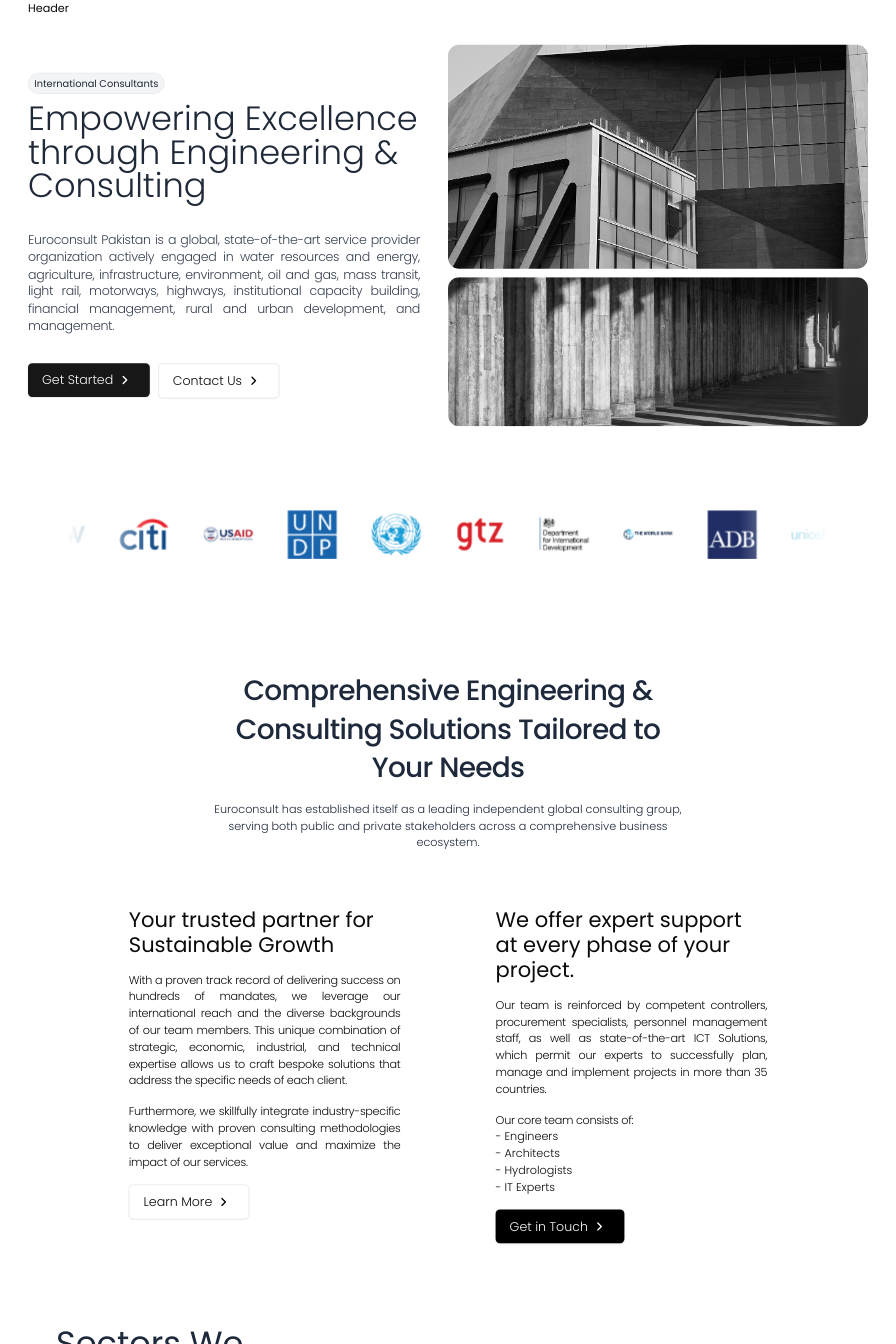
Repository: EMDC-24/ecglobalwebsite19
Page: /
An editor plug-in stored every save of this project. The page is shown before and after the next save, followed by the edit.
The browser window is 1280 px wide. The pictures show the part of the page from y = 0 to 1920 px (the page is 4784 px tall), at 70% of full size.
The project was rebuilt for these pictures with package versions that can differ from the ones it lists, and the page was loaded fresh each time. The framework's server and built-in components were replaced by stand-ins that run in the browser. Also part of the build but not shown: next.config.mjs.

Above is the page before, as saved 2024-09-17 23:21:26.

### app/page.tsx
import Image from "next/image";
import Hero from "./Hero";
import ClientCarousel from "./ClientCarousel";
import { ServicesTabs } from "./ServicesTabs";
import SerTabs from "./SerTabs";
import AboutSection from "./AboutSection";
import RecentProjects from "./RecentProjects";
import PraiseSection from "./PraiseSection";
import Footer from "./Footer";
import Header from "./Header";


export default function Home() {
  return (
    <>
    <Header />
    <Hero />
    <ClientCarousel />
    <AboutSection />
    <SerTabs />
    <RecentProjects />
    <PraiseSection />
    <Footer />
    </>
  );
}

### app/globals.css
@tailwind base;
@tailwind components;
@tailwind utilities;

@layer base {
  :root {
    --background: 0 0% 100%;
    --foreground: 0 0% 3.9%;
    --card: 0 0% 100%;
    --card-foreground: 0 0% 3.9%;
    --popover: 0 0% 100%;
    --popover-foreground: 0 0% 3.9%;
    --primary: 0 0% 9%;
    --primary-foreground: 0 0% 98%;
    --secondary: 0 0% 96.1%;
    --secondary-foreground: 0 0% 9%;
    --muted: 0 0% 96.1%;
    --muted-foreground: 0 0% 45.1%;
    --accent: 0 0% 96.1%;
    --accent-foreground: 0 0% 9%;
    --destructive: 0 84.2% 60.2%;
    --destructive-foreground: 0 0% 98%;
    --border: 0 0% 89.8%;
    --input: 0 0% 89.8%;
    --ring: 0 0% 3.9%;
    --chart-1: 12 76% 61%;
    --chart-2: 173 58% 39%;
    --chart-3: 197 37% 24%;
    --chart-4: 43 74% 66%;
    --chart-5: 27 87% 67%;
    --radius: 0.5rem;
  }
  .dark {
    --background: 0 0% 3.9%;
    --foreground: 0 0% 98%;
    --card: 0 0% 3.9%;
    --card-foreground: 0 0% 98%;
    --popover: 0 0% 3.9%;
    --popover-foreground: 0 0% 98%;
    --primary: 0 0% 98%;
    --primary-foreground: 0 0% 9%;
    --secondary: 0 0% 14.9%;
    --secondary-foreground: 0 0% 98%;
    --muted: 0 0% 14.9%;
    --muted-foreground: 0 0% 63.9%;
    --accent: 0 0% 14.9%;
    --accent-foreground: 0 0% 98%;
    --destructive: 0 62.8% 30.6%;
    --destructive-foreground: 0 0% 98%;
    --border: 0 0% 14.9%;
    --input: 0 0% 14.9%;
    --ring: 0 0% 83.1%;
    --chart-1: 220 70% 50%;
    --chart-2: 160 60% 45%;
    --chart-3: 30 80% 55%;
    --chart-4: 280 65% 60%;
    --chart-5: 340 75% 55%;
  }
}

@font-face {
  font-family: 'Poppins';
  src: url('/fonts/Poppins-Black.ttf') format('truetype');
  font-weight: 900;
  font-style: normal;
}

@font-face {
  font-family: 'Poppins';
  src: url('/fonts/Poppins-BlackItalic.ttf') format('truetype');
  font-weight: 900;
  font-style: italic;
}

@font-face {
  font-family: 'Poppins';
  src: url('/fonts/Poppins-Bold.ttf') format('truetype');
  font-weight: 700;
  font-style: normal;
}

@font-face {
  font-family: 'Poppins';
  src: url('/fonts/Poppins-BoldItalic.ttf') format('truetype');
  font-weight: 700;
  font-style: italic;
}

@font-face {
  font-family: 'Poppins';
  src: url('/fonts/Poppins-Regular.ttf') format('truetype');
  font-weight: 400;
  font-style: normal;
}

@font-face {
  font-family: 'Poppins';
  src: url('/fonts/Poppins-Italic.ttf') format('truetype');
  font-weight: 400;
  font-style: italic;
}

@font-face {
  font-family: 'Poppins';
  src: url('/fonts/Poppins-Light.ttf') format('truetype');
  font-weight: 300;
  font-style: normal;
}

@font-face {
  font-family: 'Poppins';
  src: url('/fonts/Poppins-LightItalic.ttf') format('truetype');
  font-weight: 300;
  font-style: italic;
}

@font-face {
  font-family: 'Poppins';
  src: url('/fonts/Poppins-Medium.ttf') format('truetype');
  font-weight: 500;
  font-style: normal;
}

@font-face {
  font-family: 'Poppins';
  src: url('/fonts/Poppins-MediumItalic.ttf') format('truetype');
  font-weight: 500;
  font-style: italic;
}

@layer base {
  * {
    @apply border-border;
  }

  body {
    @apply bg-background text-foreground;
    font-family: 'Poppins', sans-serif !important;
  }
}
.no-visible-scrollbar {
  scrollbar-width: none;
  -ms-overflow-style: none;
  -webkit-overflow-scrolling: touch;
}

.no-visible-scrollbar::-webkit-scrollbar {
  display: none;
}

### app/Hero.tsx
import { Button } from '@/components/ui/button'
import React from 'react'
import { FaAngleRight } from "react-icons/fa6";

const Hero = () => {
  return (
    <div>
        <div className="bg-white px-10 flex flex-row my-10">
        <div className="md:w-1/2 flex flex-col items-start justify-normal py-10">
        <div className="bg-gray-100 border-[1px] border-gray-200 rounded-full px-2 py-1 text-sm text-gray-800">International Consultants</div>
        <h1 className="text-5xl text-gray-800 mt-3 font-light ">Empowering Excellence through Engineering & Consulting</h1>
        <p className="text-lg text-gray-700 mt-10 leading-snug tracking-tight text-justify mr-10 font-light">Euroconsult Pakistan is a global, state-of-the-art service provider organization actively engaged in water resources and energy, agriculture, infrastructure, environment, oil and gas, mass transit, light rail, motorways, highways, institutional capacity building, financial management, rural and urban development, and management. </p>
        <div className="mt-10 flex flex-row gap-3">
        <a href="#" >
        <Button className="px-5 py-6 text-lg font-light  hover:bg-blue-600">Get Started  <FaAngleRight className="mr-2 ml-2 h-4 w-4" /></Button>
        </a>
        <a href="#" >
        <Button variant="outline" className="px-5 py-6 text-lg font-light  hover:bg-gray-200">Contact Us<FaAngleRight className="mr-2 ml-2 h-4 w-4" /></Button>
        </a>
        </div>
        </div>
        <div className="md:w-1/2 flex flex-col gap-3">
        <div className="w-full h-[60%] rounded-2xl bg-cover bg-center" style={{ backgroundImage: `url('/assets/heroimage.jpg')` }}> </div>
        <div className="w-full h-[40%] rounded-2xl bg-cover bg-center" style={{ backgroundImage: `url('/assets/hero2.jpg')` }}> </div>
        </div>
        </div>
    </div>
  )
}

export default Hero

### app/ClientCarousel.tsx
import React from 'react';
import Marquee from 'react-fast-marquee';
import Image from 'next/image';

const ClientCarousel = () => {
  const logoSize = { height: 40 };
  const logoStyle = { margin: '0 25px' };

  const logos = [
    <Image src="/assets/adblogo.png" alt="" width={70} key="br" {...logoSize} />,
    <Image src="/assets/uniceflogo.png" alt="" width={70} key="br" {...logoSize} />,
    <Image src="/assets/ciscologo.png" alt="" width={70} key="br" {...logoSize} />,
    <Image src="/assets/kfwlogo.png" alt="" width={70} key="br" {...logoSize} />,
    <Image src="/assets/citilogo.png" alt="" width={70} key="br" {...logoSize} />,
    <Image src="/assets/usaidlogo.png" alt="" width={70} key="br" {...logoSize} />,
    <Image src="/assets/undplogo.png" alt="" width={70} key="br" {...logoSize} />,
    <Image src="/assets/unlogo.png" alt="" width={70} key="br" {...logoSize} />,
    <Image src="/assets/gtzlogo.png" alt="" width={70} key="br" {...logoSize} />,
    <Image src="/assets/dfidlogo.png" alt="" width={70} key="br" {...logoSize} />,
    <Image src="/assets/wblogo.png" alt="" width={70} key="br" {...logoSize} />,
  ];

  return (
    <div className="py-20 my-10">

      <div className="relative z-10">
        {/* Left gradient */}
      <div className="absolute left-0 top-0 bottom-0 w-1/4 bg-gradient-to-r from-white to-transparent via-transparent z-20 pointer-events-none"
           style={{ backgroundImage: 'linear-gradient(to right, white 30%, transparent 70%)' }}>
      </div>

      {/* Right gradient */}
      <div className="absolute right-0 top-0 bottom-0 w-1/4 bg-gradient-to-l from-white to-transparent via-transparent z-20 pointer-events-none"
           style={{ backgroundImage: 'linear-gradient(to left, white 30%, transparent 70%)' }}>
      </div>
    <div className="overflow-hidden ">
      <Marquee gradient={false} pauseOnHover={false} speed={50}>
        {logos.map((logo, index) => (
          <div key={index} style={logoStyle}>
            {logo}
          </div>
        ))}
        {logos.map((logo, index) => (
          <div key={`repeat-${index}`} style={logoStyle}>
            {logo}
          </div>
        ))}
        {logos.map((logo, index) => (
          <div key={`repeat2-${index}`} style={logoStyle}>
            {logo}
          </div>
        ))}
      </Marquee>
    </div>
    </div>

    </div>
  );
};

export default ClientCarousel;

### app/AboutSection.tsx
import { Button } from '@/components/ui/button'
import React from 'react'
import { FaAngleRight } from "react-icons/fa6";
const AboutSection = () => {
  return (
    <div className="px-10 flex flex-col items-center justify-center">
        <div className="my-10 gap-5 flex flex-col">
            <h3 className="text-[40px] tracking-tight leading-snug font-medium text-slate-800 px-64 text-center">Comprehensive Engineering & Consulting Solutions Tailored to Your Needs</h3>
            <p className="px-64 text-center font-light text-slate-800">Euroconsult has established itself as a leading independent global consulting group, serving both public and private stakeholders across a comprehensive business ecosystem. </p>
        </div>
        <div className="flex flex-row gap-10 px-24 mt-10">
            <div className="w-1/2 flex gap-5 flex-col px-12">
                <h3 className="text-3xl">Your trusted partner for Sustainable Growth</h3>
                <p className="tracking-tight font-light text-justify">With a proven track record of delivering success on hundreds of mandates, we leverage our international reach and the diverse backgrounds of our team members. This unique combination of strategic, economic, industrial, and technical expertise allows us to craft bespoke solutions that address the specific needs of each client. </p>
                <p className="tracking-tight font-light text-justify">Furthermore, we skillfully integrate industry-specific knowledge with proven consulting methodologies to deliver exceptional value and maximize the impact of our services.</p>
                <a href="/about" >
            <Button variant="outline" className="px-5 py-6 text-lg font-light  hover:bg-gray-200">Learn More<FaAngleRight className="mr-2 ml-2 h-4 w-4" /></Button>
            </a>
            </div>
            <div className="w-1/2 flex gap-5 flex-col px-12">
                <h3 className="text-3xl">We offer expert support at every phase of your project.</h3>
                <p className="tracking-tight font-light text-justify">Our team is reinforced by competent controllers, procurement specialists, personnel management staff, as well as state-of-the-art ICT Solutions, which permit our experts to successfully plan, manage and implement projects in more than 35 countries.</p>
                <div><p className="tracking-tight font-light text-justify">Our core team consists of:</p>
                <ul className="font-light "><li> - Engineers</li><li> - Architects</li><li> - Hydrologists</li><li> - IT Experts</li><li></li></ul></div>
                <a href="/contact" >
            <Button  className="px-5 py-6 text-lg font-light bg-black  hover:bg-blue-600">Get in Touch<FaAngleRight className="mr-2 ml-2 h-4 w-4" /></Button>
            </a>
            </div>
        </div>
    </div>
  )
}

export default AboutSection

### app/PraiseSection.tsx

import { Button } from '@/components/ui/button'
import React from 'react'
import { FaAngleRight } from "react-icons/fa6";

const PraiseSection = () => {
  return (
    <div className="mx-20 flex flex-row gap-10 my-20 items-center justify-center">
    <div className="w-2/3 flex flex-col gap-3 mr-36">
        <h3 className="text-3xl font-medium text-slate-800">Proving Excellence through Engineering & Consulting</h3>
        <p className="font-light text-slate-800 text-justify">Euroconsult is one of the leading consulting firms in Pakistan having international operations. It houses highly qualified and experienced professionals with state of the art organisational setup and provides services in Engineering, Construction, Financial, Water, and Socio-economic Sector.</p>
        <div className="w-auto mt-3"><a href="/contact"><Button className="px-5 py-6 text-lg font-light  hover:bg-blue-600" >Get in Touch  <FaAngleRight className="mr-2 ml-2 h-4 w-4" /></Button></a></div>
    </div>
    <div className="w-1/3 flex flex-col gap-10 items-start">
    <div className="flex flex-row gap-20 items-start justify-center">
        <div>
        <h3 className="text-5xl font-medium text-slate-800">250+</h3>
        <p className="font-light text-slate-800">Projects Completed</p>
        </div>
        <div>
        <h3 className="text-5xl font-medium text-slate-800">230</h3>
        <p className="font-light text-slate-800">Employees</p>
        </div>
    </div>
    <div className="flex flex-row gap-20 items-start justify-center">
        <div>
        <h3 className="text-5xl font-medium text-slate-800">24+</h3>
        <p className="font-light text-slate-800">Years of Experience</p>
        </div>
        <div>
        <h3 className="text-5xl font-medium text-slate-800">56+</h3>
        <p className="font-light text-slate-800">Satisfied Clients</p>
        </div>
    </div>

    </div>
    </div>
  )
}

export default PraiseSection

### app/Footer.tsx
import { Separator } from '@/components/ui/separator'
import React from 'react'
import Image from 'next/image'

const Footer = () => {
  return (
    <div className="mx-10 flex flex-col gap-3 mt-40">
        <Separator />
        <div className="flex flex-col md:flex-row my-5">
            <div className="w-1/2">
                <h5 className="text-3xl font-medium text-slate-800 mx-10">Empowering Excellence in Workforce Development & Strategic Consulting, Your Partner for Success</h5>
            </div>
            <div className="w-1/2 flex flex-row gap-0">
                <div className="w-1/3 flex flex-col gap-2 ">
                <p className="text-slate-800 ">Navigation</p>
                <a href="/" className="text-slate-800 font-light">Home</a>
                <a href="/" className="text-slate-800 font-light">About</a>
                <a href="/" className="text-slate-800 font-light">Sectors</a>
                <a href="/" className="text-slate-800 font-light">Recent Projects</a>
                <a href="/" className="text-slate-800 font-light">Contact</a>
                </div>
                <div className="w-2/3 flex flex-row gap-0 ">
                <div className="w-1/2 flex flex-col gap-2">
                <p className="text-slate-800 ">Sectors</p>
                <a href="/" className="text-slate-800 font-light">Agriculture</a>
                <a href="/" className="text-slate-800 font-light">Construction</a>
                <a href="/" className="text-slate-800 font-light">Education</a>
                <a href="/" className="text-slate-800 font-light">Environment</a>
                <a href="/" className="text-slate-800 font-light">Energy</a>
                <a href="/" className="text-slate-800 font-light">Hydropower</a>
                </div>
                <div className="w-1/2 flex flex-col gap-2">
                <p className="text-slate-800 "><br></br></p>
                <a href="/" className="text-slate-800 font-light">Management Consulting</a>
                <a href="/" className="text-slate-800 font-light">Roads & Bridges</a>
                <a href="/" className="text-slate-800 font-light">Oil & Gas</a>
                <a href="/" className="text-slate-800 font-light">Public Health</a>
                <a href="/" className="text-slate-800 font-light">Solid Waste Management</a>
                </div>
                </div>


            </div>

        </div>
        <Separator />
        <div className="flex flex-col md:flex-row items-center">
            <div className="w-2/3 px-10"><Image src="/assets/ecpaklogo.png" width={200} height={1} alt="" /></div>
            <div className="w-1/3 flex flex-row gap-5">
            <p>Terms of Use</p>
            <p>Privacy Policy</p>
            <p>Cookie Settings</p>
            </div>
        </div>
        <Separator />
        <div className="mx-10 mb-3 flex flex-row items-center justify-between">
            <p className="text-sm font-light text-slate-800">©2024 Euroconsult Private Limited. </p>
            <p className="text-sm font-light text-slate-800">All rights reserved. </p>
        </div>
    </div>
  )
}

export default Footer

### app/Header.tsx
import React from 'react'

const Header = () => {
  return (
    <div className="mx-10">Header</div>
  )
}

export default Header

### components/ui/button.tsx
import * as React from "react"
import { Slot } from "@radix-ui/react-slot"
import { cva, type VariantProps } from "class-variance-authority"

import { cn } from "@/lib/utils"

const buttonVariants = cva(
  "inline-flex items-center justify-center whitespace-nowrap rounded-md text-sm font-medium transition-colors focus-visible:outline-none focus-visible:ring-1 focus-visible:ring-ring disabled:pointer-events-none disabled:opacity-50",
  {
    variants: {
      variant: {
        default:
          "bg-primary text-primary-foreground shadow hover:bg-primary/90",
        destructive:
          "bg-destructive text-destructive-foreground shadow-sm hover:bg-destructive/90",
        outline:
          "border border-input bg-background shadow-sm hover:bg-accent hover:text-accent-foreground",
        secondary:
          "bg-secondary text-secondary-foreground shadow-sm hover:bg-secondary/80",
        ghost: "hover:bg-accent hover:text-accent-foreground",
        link: "text-primary underline-offset-4 hover:underline",
      },
      size: {
        default: "h-9 px-4 py-2",
        sm: "h-8 rounded-md px-3 text-xs",
        lg: "h-10 rounded-md px-8",
        icon: "h-9 w-9",
      },
    },
    defaultVariants: {
      variant: "default",
      size: "default",
    },
  }
)

export interface ButtonProps
  extends React.ButtonHTMLAttributes<HTMLButtonElement>,
    VariantProps<typeof buttonVariants> {
  asChild?: boolean
}

const Button = React.forwardRef<HTMLButtonElement, ButtonProps>(
  ({ className, variant, size, asChild = false, ...props }, ref) => {
    const Comp = asChild ? Slot : "button"
    return (
      <Comp
        className={cn(buttonVariants({ variant, size, className }))}
        ref={ref}
        {...props}
      />
    )
  }
)
Button.displayName = "Button"

export { Button, buttonVariants }

### components/ui/separator.tsx
"use client"

import * as React from "react"
import * as SeparatorPrimitive from "@radix-ui/react-separator"

import { cn } from "@/lib/utils"

const Separator = React.forwardRef<
  React.ElementRef<typeof SeparatorPrimitive.Root>,
  React.ComponentPropsWithoutRef<typeof SeparatorPrimitive.Root>
>(
  (
    { className, orientation = "horizontal", decorative = true, ...props },
    ref
  ) => (
    <SeparatorPrimitive.Root
      ref={ref}
      decorative={decorative}
      orientation={orientation}
      className={cn(
        "shrink-0 bg-border",
        orientation === "horizontal" ? "h-[1px] w-full" : "h-full w-[1px]",
        className
      )}
      {...props}
    />
  )
)
Separator.displayName = SeparatorPrimitive.Root.displayName

export { Separator }

### tailwind.config.ts
import type { Config } from "tailwindcss";

const config: Config = {
  darkMode: ["class"],
  content: [
    "./pages/**/*.{js,ts,jsx,tsx,mdx}",
    "./components/**/*.{js,ts,jsx,tsx,mdx}",
    "./app/**/*.{js,ts,jsx,tsx,mdx}",
  ],
  theme: {
    extend: {
      fontFamily: {
        sans: ['Poppins', 'sans-serif'], // Set Poppins as default sans font
      },
      backgroundImage: {
        'gradient-radial': 'radial-gradient(var(--tw-gradient-stops))',
        'gradient-conic': 'conic-gradient(from 180deg at 50% 50%, var(--tw-gradient-stops))',
      },
      borderRadius: {
        lg: 'var(--radius)',
        md: 'calc(var(--radius) - 2px)',
        sm: 'calc(var(--radius) - 4px)',
      },
      colors: {
        background: 'hsl(var(--background))',
        foreground: 'hsl(var(--foreground))',
        card: {
          DEFAULT: 'hsl(var(--card))',
          foreground: 'hsl(var(--card-foreground))',
        },
        popover: {
          DEFAULT: 'hsl(var(--popover))',
          foreground: 'hsl(var(--popover-foreground))',
        },
        primary: {
          DEFAULT: 'hsl(var(--primary))',
          foreground: 'hsl(var(--primary-foreground))',
        },
        secondary: {
          DEFAULT: 'hsl(var(--secondary))',
          foreground: 'hsl(var(--secondary-foreground))',
        },
        muted: {
          DEFAULT: 'hsl(var(--muted))',
          foreground: 'hsl(var(--muted-foreground))',
        },
        accent: {
          DEFAULT: 'hsl(var(--accent))',
          foreground: 'hsl(var(--accent-foreground))',
        },
        destructive: {
          DEFAULT: 'hsl(var(--destructive))',
          foreground: 'hsl(var(--destructive-foreground))',
        },
        border: 'hsl(var(--border))',
        input: 'hsl(var(--input))',
        ring: 'hsl(var(--ring))',
        chart: {
          '1': 'hsl(var(--chart-1))',
          '2': 'hsl(var(--chart-2))',
          '3': 'hsl(var(--chart-3))',
          '4': 'hsl(var(--chart-4))',
          '5': 'hsl(var(--chart-5))',
        },
      },
    },
  },
  plugins: [require("tailwindcss-animate")],
};

export default config;

Loaded but not shown: app/layout.tsx (common file); lib/utils.ts (common file); app/SerTabs.tsx (180 lines, source omitted); app/RecentProjects.tsx (43 lines, source omitted)

After the next save:
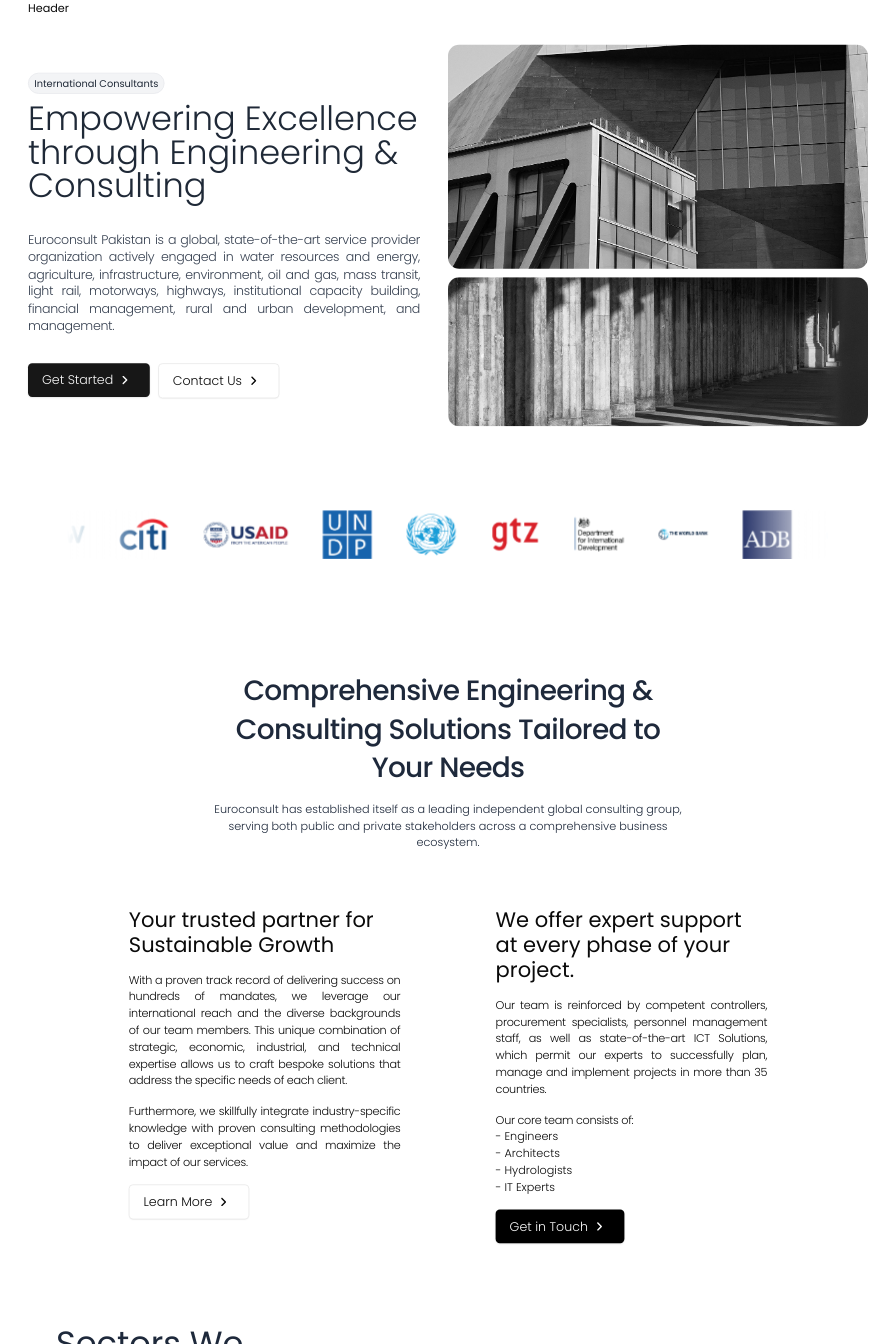
Saved 12 s later.
--- a/app/ClientCarousel.tsx
+++ b/app/ClientCarousel.tsx
@@ -12,7 +12,7 @@
     <Image src="/assets/ciscologo.png" alt="" width={70} key="br" {...logoSize} />,
     <Image src="/assets/kfwlogo.png" alt="" width={70} key="br" {...logoSize} />,
     <Image src="/assets/citilogo.png" alt="" width={70} key="br" {...logoSize} />,
-    <Image src="/assets/usaidlogo.png" alt="" width={70} key="br" {...logoSize} />,
+    <Image src="/assets/usaidlogo.png" alt="" width={120} key="br" {...logoSize} />,
     <Image src="/assets/undplogo.png" alt="" width={70} key="br" {...logoSize} />,
     <Image src="/assets/unlogo.png" alt="" width={70} key="br" {...logoSize} />,
     <Image src="/assets/gtzlogo.png" alt="" width={70} key="br" {...logoSize} />,
